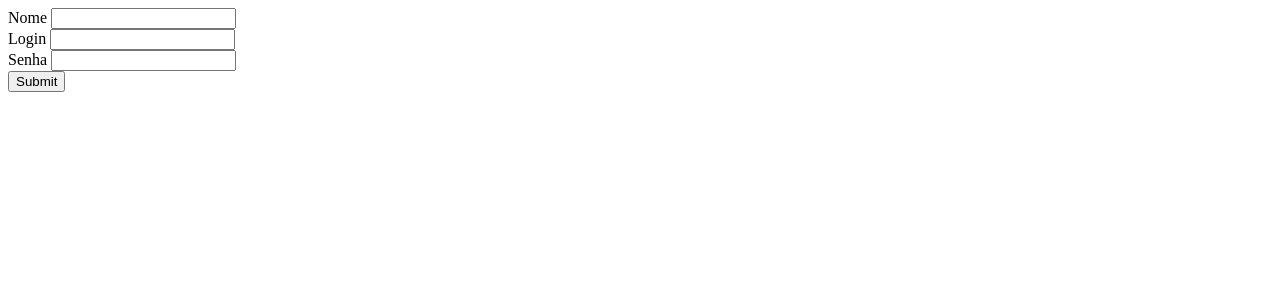
Repository: thiagodieb/curso-java-web
Page: http://localhost/Aula9/formulario.jsp
These files come from the project's save history. The page is drawn as it stood at one moment and after the next save; the edit follows.
The browser window is 1280 px wide. The pictures show the whole page.
The page is served by Tomcat 9. Other server files are loaded and not shown.

Above is the page before, as saved 2013-02-28 23:55:54.

### java/x25/Aula9/WebContent/formulario.jsp
<%@ page language="java" contentType="text/html; charset=US-ASCII"
    pageEncoding="US-ASCII"%>
<!DOCTYPE html PUBLIC "-//W3C//DTD HTML 4.01 Transitional//EN" "http://www.w3.org/TR/html4/loose.dtd">
<html>
<head>
<meta http-equiv="Content-Type" content="text/html; charset=US-ASCII">
<title>Formulario</title>
</head>
<body>
<form action="salvar.crecre" method="POST">
	<label>Nome</label>
	<input type="text" name="nome"><br/>
	<label>Login</label>
	<input type="text" name="login"><br/>
	<label>Senha</label>
	<input type="text" name="senha"><br/>
	<input type="submit">
</form>
</body>
</html>

After the next save:
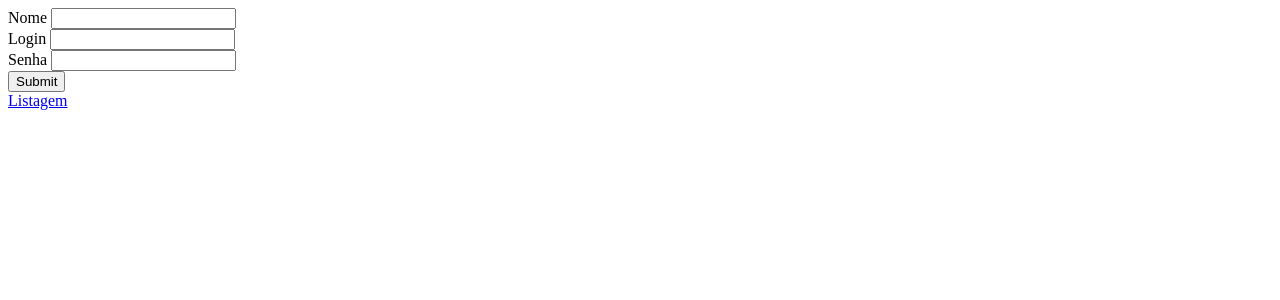
Saved 4 min 28 s later.
--- a/java/x25/Aula9/WebContent/formulario.jsp
+++ b/java/x25/Aula9/WebContent/formulario.jsp
@@ -7,6 +7,7 @@
 <title>Formulario</title>
 </head>
 <body>
+<%=request.getAttribute("msg") != null ?request.getAttribute("msg") : "" %>
 <form action="salvar.crecre" method="POST">
 	<label>Nome</label>
 	<input type="text" name="nome"><br/>
@@ -16,5 +17,7 @@
 	<input type="text" name="senha"><br/>
 	<input type="submit">
 </form>
+
+<a href="listar.crecre">Listagem</a>
 </body>
 </html>
